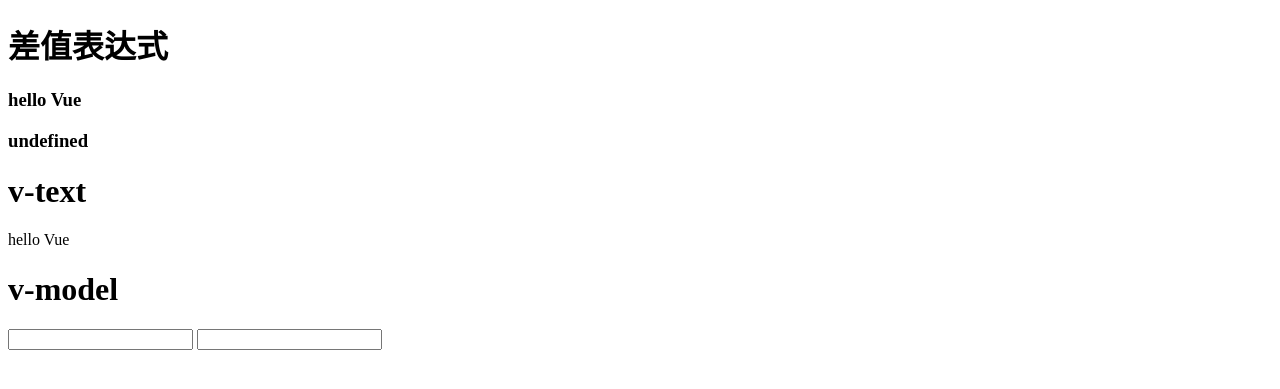
Repository: minfat/vue-reactive
Page: vue/index.html
These files come from the project's save history. The page is drawn as it stood at one moment and after the next save; the edit follows.
The browser window is 1280 px wide. The pictures show the whole page.

Above is the page before, as saved 2020-12-07 22:16:33.

After the next save:
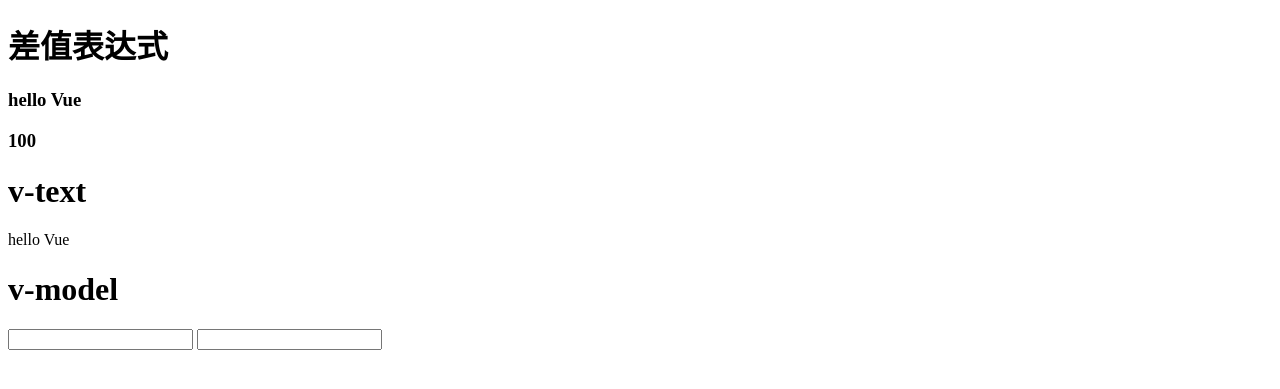
Saved 29 s later.
--- a/vue/index.html
+++ b/vue/index.html
@@ -9,7 +9,7 @@
     <div id="app">
         <h1>差值表达式</h1>
         <h3>{{msg}}</h3>
-        <h3>{{coutn}}</h3>
+        <h3>{{count}}</h3>
         <h1>v-text</h1>
         <div v-text="msg"></div>
         <h1>v-model</h1>
